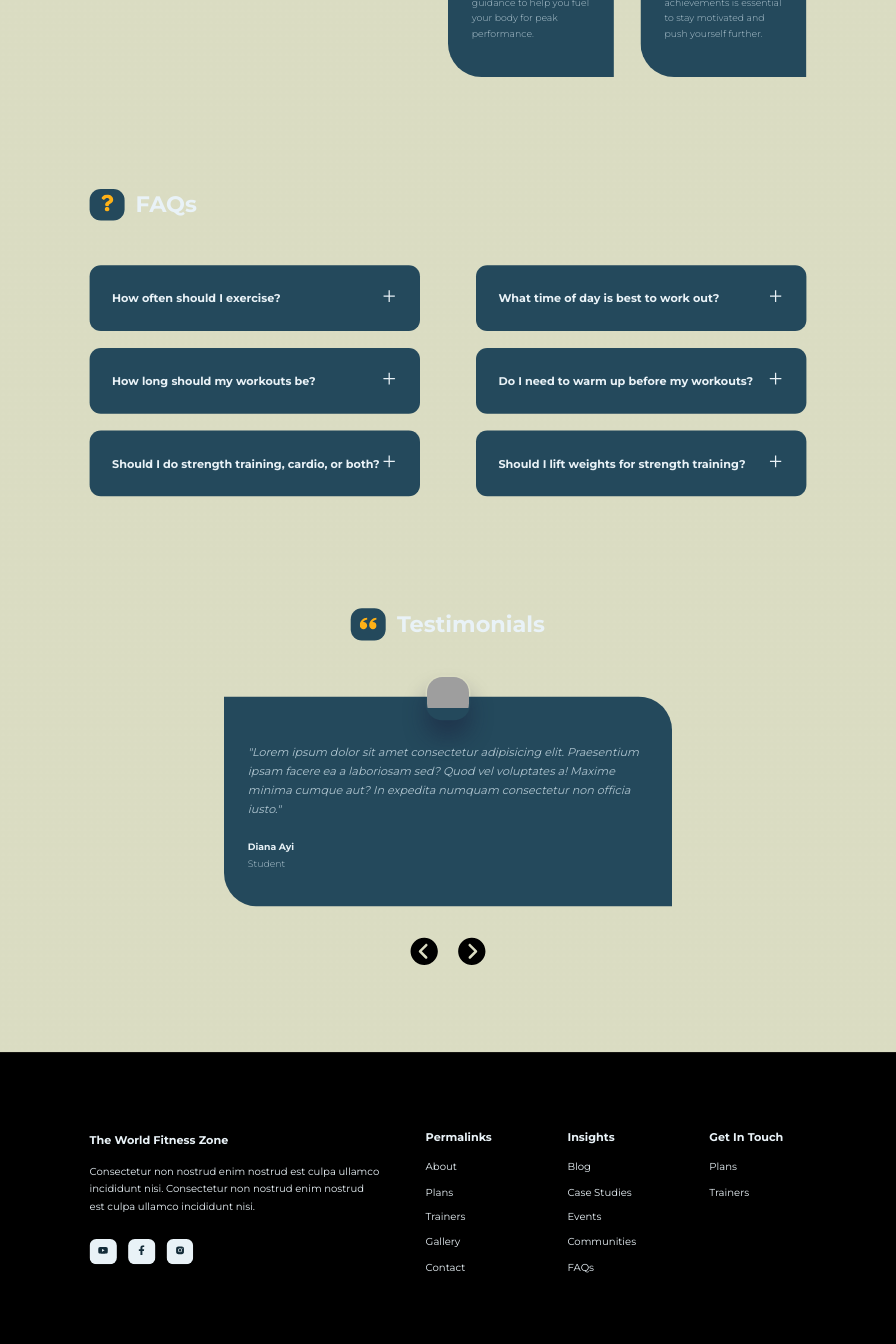
Repository: aryaMode/gym-portfolio
Page: /
An editor plug-in stored every save of this project. The page is shown before and after the next save, followed by the edit.
The browser window is 1280 px wide. The pictures show the part of the page from y = 2980 to 4900 px (the page is 4900 px tall before and 4218 px after), at 70% of full size.
Pictures or frames that could not be fetched are drawn as grey boxes. The project was rebuilt for these pictures with package versions that can differ from the ones it lists, and the page was loaded fresh each time. Also part of the build but not shown: src/pages/about/about.css, src/components/Header.jsx, src/pages/about/About.jsx, src/pages/contact/contact.css, src/pages/contact/Contact.jsx, src/pages/gallery/gallery.css, src/pages/gallery/Gallery.jsx, src/pages/notFound/notFound.css and 6 more.

Above is the page before, as saved 2023-07-20 18:05:58.

### public/index.html
<!DOCTYPE html>
<html lang="en">

<head>
    <meta charset="UTF-8">
    <meta http-equiv="X-UA-Compatible" content="IE=edge">
    <meta name="viewport" content="width=device-width, initial-scale=1.0">
    <title>Portfolio Website</title>
    <!-- GOOGLE FONTS (montserrat) -->
    <link href="https://fonts.googleapis.com/css2?family=Montserrat:wght@300;400;500;600;700&display=swap"
        rel="stylesheet">
</head>

<body>
    <div id="root"></div>
</body>

</html>

### src/App.jsx
// rafce -> shortcut to create component and export
import { BrowserRouter, Routes, Route } from "react-router-dom";
import React from "react";
import Home from "./pages/home/Home";
import About from "./pages/about/About";
import Contact from "./pages/contact/Contact";
import Gallery from "./pages/gallery/Gallery";
import NotFound from "./pages/notFound/NotFound";
import Plans from "./pages/plans/Plans";
import Trainers from "./pages/trainers/Trainers";
import Navbar from "./components/Navbar";
import Footer from "./components/Footer";

const App = () => {
	return (
		<BrowserRouter>
			<Navbar />
			<Routes>
				<Route index element={<Home />} />
				<Route path="about" element={<About />} />
				<Route path="contact" element={<Contact />} />
				<Route path="gallery" element={<Gallery />} />
				<Route path="plans" element={<Plans />} />
				<Route path="trainers" element={<Trainers />} />
				<Route path="*" element={<NotFound />} />
			</Routes>
			<Footer />
		</BrowserRouter>
	);
};

export default App;

### src/index.css
 *, *::before, *::after{
    margin: 0;
    padding: 0;
    border: 0;
    outline: 0;
    list-style: none;
    text-decoration: none;
    box-sizing: border-box;
 }

 /* CSS Global variable starts with :root {...} check w3school docs for more  info */
 :root{
    --primary-hue: 210;
    --gray-hue: 200;
    /* hsl (hue, saturation, lightness) */
    --color-primary: black;
    --color-primary-variant: hsl(var(--primary-hue), 100%, 65%);
    --color-secondary: #ffb116;
    --color-gray-100: hsl(var(--gray-hue), 47%, 94%); /*almost white colour lightness is almost 100%*/
    --color-gray-200: hsl(var(--gray-hue), 26%, 75%);
    --color-gray-300: hsl(var(--gray-hue), 24%, 64%);
    --color-gray-400: hsl(var(--gray-hue), 16%, 41%);
    --color-gray-500: hsl(var(--gray-hue), 44%, 25%);
    --color-gray-600: hsl(var(--gray-hue), 48%, 15%);

    --container-width-lg: 80%;
    --container-width-md: 90%;

    --transition: all 500ms ease; /* make sure all transition have a constant effect*/
 }

  /******************** GENERAL STYLES ********************/
  body{
    font-family: "Montserrat", sans-serif;
    color: var(--color-gray-200);
    line-height: 1.7;
    overflow-x: hidden;
    background: rgb(218, 220, 194) url(./images/bg_texture.png);
  }

  .container{
    width: var(--container-width-lg);
    max-width: 1920px;
    margin-inline: auto;
  }

  h1, h2, h3, h4, h5 {
    line-height: 1.2;
    color: var(--color-gray-100);
  }

  h1 {
    font-size: 3rem;
  }

  h2 {
    font-size: 2rem ;
  }

  a {
    color: var(--color-gray-100);
  }

  img{
    display: block;
    object-fit: cover;
    width: 100%;
}

.btn {
    color: var(--color-gray-100);
    width: fit-content;
    margin: 0 auto;
    padding: 0.9rem 2rem;
    background: var(--color-primary);
    border-radius: 1.5rem;
    transition: var(--transition);
}

.btn:hover {
    background: var(--color-secondary);
    color: var(--color-gray-600);
}

.btn.lg {
    padding: 1.2rem 3rem;
    border-radius: 2rem;
    font-size: 1.1rem;
}

.btn.sm {
    padding: 0.4rem 1.2rem;
    font-size: 0.9rem;
}

.btn.sm:hover {
    background: var(--color-gray-100);
}

/******************** SECTION REUSABLE STYLES ********************/
section {
    margin-top: 10rem;
}

.section__head {
    display: flex;
    align-items: center;
    gap: 1rem;
}

.section__head span {
    background: var(--color-gray-500);
    padding: 0.3rem 0.8rem 0;
    border-radius: 1rem;
    color: var(--color-secondary);
    font-size: 1.5rem;
}

.card {
    background: var(--color-gray-500);
    border: 2px solid transparent;
    text-align: center;
    padding: 3rem 2rem;
    border-radius: 0 3rem 0 3rem;
    transition: var(--transition);
}

.card:hover {
    background: transparent;
    border-color: var(--color-gray-400);
    cursor: default;
}

.card span {
    width: 3rem;
    height: 3rem;
    background: var(--color-primary);
    color: var(--color-gray-100);
    font-size: 1.5rem;
    padding: 0.8rem;
    display: grid;
    place-items: center;
    margin-bottom: 1.5rem;
    margin-inline: auto;
    border-radius: 1rem;
    transition: var(--transition);
}

.card:hover span {
    background: var(--color-secondary);
    color: var(--color-gray-500)
}

.card small {
    margin-top: 1rem;
    display: block;
    font-weight: 300;
}

.header {
    margin-top: 5rem;
    height: 20rem;
    overflow: hidden;
    border-bottom: 2px solid var(--color-gray-400);
}

.header__container {
    width: 100%;
    height: 100%;
    position: relative;
    display: grid;
    place-items: center;
    background: #0000;
}

.header__container-lg {
    position: absolute;
    width: 100%;
}

.header__container-lg img {
    opacity: 0.5;
}

.header__content {
    position: relative;
    width: 44%;
    margin: 0 auto;
    text-align: center;
    color: var(--color-gray-100);
}

.header__content h2 {
    margin-bottom: 1rem;
}

.header__content p {
    color: rgba(255, 255, 255, 0.7, green, blue, alpha);
}






/******************** MEADIA QUERIES (medium screens) ********************/
@media screen and (max-width: 1024px) {
    .container {
        width: var(--container-width-md);
    }

    h1 {
        font-size: 2rem;
    }

    h2 {
        font-size: 1.6rem;
    }

    .header__content {
        width: 76%;
    }
}

/******************** MEADIA QUERIES (small screens) ********************/
@media screen and (max-width: 600px) {
    h1 {
        font-size: 2.2rem;
        line-height: 1.3;
    }

    section {
        margin-top: 7rem;
    }

    .header {
        height: fit-content;
    }

    .header__content {
        width: var(--container-width-md);
        padding: 3rem 0;
    }

    .header__content p {
        font-size: 0.85rem;
    }
}

### src/pages/home/Home.jsx
import React from "react";
import "./home.css";
import MainHeader from "../../components/MainHeader";
import Program from "../../components/Program";
import Values from "../../components/Values";
import FAQs from "../../components/FAQs";
import Testimonial from "../../components/Testimonial";
// import Footer from "../../components/Footer";

const Home = () => {
	return (
		<>
			<MainHeader />
			<Program />
			<Values />
			<FAQs />
			<Testimonial />
			{/* <Footer /> comment this out so footer wount be double */}
		</>
	);
};

export default Home;

### src/components/Navbar.jsx
import { useState } from "react";
import {logoName} from "../data";
import { Link, NavLink } from "react-router-dom";
// NavLink comes with an isactive prop which we can use to detect which page we on
// so we can have a special style for that link
import React from "react";
import Logo from "../images/logo.png";
import { links } from "../data";
import { GoThreeBars } from "react-icons/go";
import { MdOutlineClose } from "react-icons/md";
import "./navbar.css";

const Navbar = () => {
	const [isNavShowing, setIsNavShowing] = useState(false);

	const handleNavToggle = () => {
		return setIsNavShowing((prevVAlue) => {
			return !prevVAlue;
		});
	};

	return (
		<nav>
			<div className="container nav__container">
				<Link to="/" className="logo" onClick={handleNavToggle}>
					{/* <img src={Logo} alt="Nav-logo" /> */}
					<div>{logoName}</div>
				</Link>
				<ul
					className={`nav__links ${isNavShowing ? "show__nav" : "hide__nav"}`}
				>
					{/* Destructure the links array of object from the links to get each item */}
					{links.map(({ name, path }, index) => {
						return (
							<li key={index}>
								<NavLink
									to={path}
									className={({ isActive }) => (isActive ? "active-nav" : "")}
									onClick={handleNavToggle}
								>
									{name}
								</NavLink>
							</li>
						);
					})}
				</ul>
				<button onClick={handleNavToggle} className="nav__toggle-btn">
					{isNavShowing ? <MdOutlineClose /> : <GoThreeBars />}
				</button>
			</div>
		</nav>
	);
};

export default Navbar;

// export PATH=$PATH:/home/daveworld/bin

### src/components/Footer.jsx
import React from "react";
import { Link } from "react-router-dom";
import {logoName} from "../data";
import Logo from "../images/logo.png";
import { FaYoutube } from "react-icons/fa";
import { FaFacebookF } from "react-icons/fa";
import { AiOutlineTwitter } from "react-icons/ai";
import { AiFillInstagram } from "react-icons/ai";

const Footer = () => {
	return (
		<footer>
			<div className="container footer__container">
				<article>
					<Link to="/" className="logo">
						{/* <img src={Logo} alt="Footer Logo" /> */}
					{logoName}
					</Link>
					<p>
						Consectetur non nostrud enim nostrud est culpa ullamco incididunt
						nisi. Consectetur non nostrud enim nostrud est culpa ullamco
						incididunt nisi.
					</p>
					<div className="footer__socials">
						<a
							href="https://youtube.com/@Thesandeep325"
							target="_blank"
							rel="noreferrer noopener"
						>
							<FaYoutube />
						</a>
						<a
							href="https://www.facebook.com/profile.php?id=100000823973714&mibextid=LQQJ4d"
							target="_blank"
							rel="noreferrer noopener"
						>
							<FaFacebookF />
						</a>

						<a
							href="https://instagram.com/the_world_fitness_zone_?igshid=MzRlODBiNWFlZA=="
							target="_blank"
							rel="noreferrer noopener"
						>
							<AiFillInstagram />
						</a>
					</div>
				</article>
				<article>
					<h4>Permalinks</h4>
					<Link to="/about">About</Link>
					<Link to="/plans">Plans</Link>
					<Link to="/trainers">Trainers</Link>
					<Link to="/gallery">Gallery</Link>
					<Link to="/contact">Contact</Link>
				</article>
				<article>
					<h4>Insights</h4>
					<Link to="/s">Blog</Link>
					<Link to="/s">Case Studies</Link>
					<Link to="/s">Events</Link>
					<Link to="/s">Communities</Link>
					<Link to="/constact">FAQs</Link>
				</article>
				<article>
					<h4>Get In Touch</h4>
					<Link to="/contact">Plans</Link>
					<Link to="/s">Trainers</Link>
				</article>
			</div>
			<br />
			<br />
			<br />
			<br />
		</footer>
	);
};

export default Footer;

### src/components/MainHeader.jsx
import React from "react";
import { Link } from "react-router-dom";
import Image from "../images/main_header.png";

const MainHeader = () => {
	return (
		<header className="main__header">
			<div className="container main__header-container">
				<div className="main__header-left">
					<h4>Welcome to The World Fitness Zone, Karnal!</h4>
					<h1>Unleash Your Potential with The World Fitness Zone

</h1>
					<p>
					Are you ready to take your fitness journey to the next level? Look no further than The World Fitness Zone - Karnal's premier fitness destination. We are not just a gym; we are a community of fitness enthusiasts who believe in the power of transformation and the pursuit of a healthier, fitter lifestyle.
					</p>
					<Link to="/contact" className="btn lg">
						Get Started
					</Link>
				</div>
				<div className="main__header-right">
					<div className="main__header-circle"></div>
					<div className="main__header-image">
						<img src={Image} alt="MainHeaderImage" />
					</div>
				</div>
			</div>
		</header>
	);
};

export default MainHeader;

### src/components/Program.jsx
import React from "react";
import { FaCrown } from "react-icons/fa";
import SectionHead from "./SectionHead";
import { programs } from "../data";
import Card from "../UI/Card";
import { Link } from "react-router-dom";
import { AiFillCaretRight } from "react-icons/ai";

const Program = () => {
	return (
		<section className="programs">
			<div className="container programs container">
				<SectionHead icon={<FaCrown />} title="Programs" />

				<div className="program__wrapper">
					{programs.map(({ id, icon, title, info, path }) => {
						return (
							<Card className="programs__program" key={id}>
								<span>{icon}</span>
								<h4>{title}</h4>
								<small>{info}</small>
								<Link to={path} className="btn sm">
									Contact Us <AiFillCaretRight />
								</Link>
							</Card>
						);
					})}
				</div>
			</div>
		</section>
	);
};

export default Program;

### src/components/Values.jsx
import React from "react";
import Image from "../images/values.jpg";
import SectionHead from "./SectionHead";
import { GiCutDiamond } from "react-icons/gi";
import { values } from "../data";
import Card from "../UI/Card";

const Values = () => {
	return (
		<section className="values">
			<div className="container values__container">
				<div className="values__left">
					<div className="values__image">
						<img src={Image} alt="values Image" />
					</div>
				</div>
				<div className="values__right">
					<SectionHead icon={<GiCutDiamond />} title="Values" />
					<p>
					We believe in empowering individuals to take charge of their fitness journey, unlocking their full potential, and transforming their lives through dedication and perseverance.
					</p>
					<div className="values__wrapper">
						{values.map(({ id, icon, title, desc }) => {
							return (
								<Card className="values__value" key={id}>
									<span>{icon}</span>
									<h4>{title}</h4>
									<small>{desc}</small>
								</Card>
							);
						})}
					</div>
				</div>
			</div>
		</section>
	);
};

export default Values;

### src/components/FAQs.jsx
import React from "react";
import { FaQuestion } from "react-icons/fa";
import { faqs } from "../data";
import FAQ from "./FAQ";
import SectionHead from "./SectionHead";
const FAQs = () => {
	return (
		<section className="faqs">
			<div className="container faqs__container">
				<SectionHead icon={<FaQuestion />} title="FAQs" />
				<div className="faqs__wrapper">
					{faqs.map(({ id, question, answer }) => {
						return <FAQ key={id} question={question} answer={answer} />;
					})}
				</div>
			</div>
		</section>
	);
};

export default FAQs;

### src/components/Testimonial.jsx
import React, { useState } from "react";
import SectionHead from "./SectionHead";
import { ImQuotesLeft } from "react-icons/im";
import Card from "../UI/Card";
import {
	IoIosArrowDropleftCircle,
	IoIosArrowDroprightCircle,
} from "react-icons/io";
import { testimonials } from "../data";

const Testimonial = () => {
	const [index, setIndex] = useState(0);
	const { name, quote, job, avatar } = testimonials[index];

	const handlePreviousTestimonial = () => {
		setIndex((prevValue) => {
			return prevValue - 1;
		});
		if (index <= 0) {
			setIndex(testimonials.length - 1);
		}
	};
	const handleAfterTestimonial = () => {
		setIndex((prevValue) => {
			return prevValue + 1;
		});
		if (index >= testimonials.length - 1) {
			setIndex(0);
		}
	};

	return (
		<section className="testimonials">
			<div className="container testimonial__container">
				<SectionHead
					icon={<ImQuotesLeft />}
					title="Testimonials"
					className="testimonials__head"
				/>
				<Card className="testimonial">
					<div className="testimonial__avatar">
						<img src="https://lh3.googleusercontent.com/a-/AD_cMMRPVS1Nt5x3tYa7Uw85zYXNkXppoY2rwZElyNpjOOF1Nw=w120-h120-p-rp-mo-br100" alt={name} />
					</div>
					<p className="testimonial__quote">{`"${quote}"`}</p>
					<h5>{name}</h5>
					<small className="testimonial__title">{job}</small>
				</Card>
				<div className="testimonial__btn-container">
					<button
						className="testimonials__btn"
						onClick={handlePreviousTestimonial}
					>
						<IoIosArrowDropleftCircle />
					</button>
					<button
						className="testimonials__btn"
						onClick={handleAfterTestimonial}
					>
						<IoIosArrowDroprightCircle />
					</button>
				</div>
			</div>
		</section>
	);
};

export default Testimonial;

### src/UI/Card.jsx
import React from "react";

const Card = ({ className, children }) => {
	return <article className={`card ${className}`}>{children}</article>;
};

export default Card;

### src/components/navbar.css
nav{
    height: 5rem;
    width: 100vw; /*100% of the window/browser*/
    background: var(--color-primary);
    display: grid;
    place-items: center;
    position: fixed; /*commnt this to see hiden layers*/
    top: 0;
    left: 0;
    z-index: 99; /* makes sure it sit on all items*/
}

/* Only show on medium and small screens */
.nav__toggle-btn {
    display: none;
}

.nav__container {
    height: 100%;

    display: flex;
    justify-content: space-between;
    align-items: center;
    position: relative;
}

.logo{
    width: 50vw;
    font-size: 1rem;
    font-weight: bold;
    margin-right: 50px;
    display: flex;
}

.nav__links{
    display: flex;
    gap: 3.5rem;
    align-items: center;
}

.nav__links a {
    transition: var(--transition);
}

.nav__links a:hover {
    color: var(--color-secondary);
}

.active-nav {
    position: relative;
}

.active-nav::after{
    content: "";
    display: block;
    width: 1.2rem;
    height: 1.2rem;
    background-color: var(--color-primary);
    position: absolute;
    left: calc(50% - 0.6rem);
    transform: rotate(45deg);
    margin-top: 0.9rem;
}

 /******************** MEDIA QUERIES (mesium and small screens) ********************/
 @media screen and (max-width: 1024px) {
    .nav__toggle-btn {
        display: inline-block;
        background: transparent;
        font-size: 1.8rem;
        cursor: pointer;
    }

    .nav__toggle-btn svg{
        color: var(--color-gray-100);
    }

    .nav__links {
        position: absolute;
        top: 100%;
        right: 0;
        flex-direction: column;
        gap: 0;
        perspective: 400px;
    }

    .active-nav {
        display: none;
    }

    .active-nav, .active-nav::after{
        display: none;
    }

    .nav__links li {
        height: 4rem;
        width: 100%;
        box-shadow: -2rem 2rem 5rem rgba(0, 0, 0, 0.5);
        animation: navAnimation 600ms ease forwards;
        transform: rotateX(90deg);
        opacity: 0;
        transform-origin: top;
    }

    .nav__links li:nth-child(2) {
        animation-delay: 200ms;
    }
    .nav__links li:nth-child(3) {
        animation-delay: 400ms;
    }
    .nav__links li:nth-child(4) {
        animation-delay: 600ms;
    }
    .nav__links li:nth-child(5) {
        animation-delay: 800ms;
    }
    .nav__links li:nth-child(6) {
        animation-delay: 1s;
    }
    .nav__links li:nth-child(7) {
        animation-delay: 1.2s;
    }

    @keyframes navAnimation {
        to {
            transform: rotateX(0);
            opacity: 1;
        }
    }

    .nav__links li a {
        background-color: var(--color-primary);
        height: 100%;
        width: 100%;
        display: flex;
        align-items: center;
        padding: 1rem 5rem 1rem 3rem;
    }

    .show__nav {
        display: flex;
    }

    .hide__nav {
        display: none;
    }

 }

### src/components/SectionHead.jsx
import React from "react";

// A reuseable component for each section name
const SectionHead = ({ icon, title, className }) => {
	return (
		<div className={`section__head ${className}`}>
			<span>{icon}</span>
			<h2>{title}</h2>
		</div>
	);
};

export default SectionHead;

### src/components/FAQ.jsx
import React, { useState } from "react";
import { AiOutlinePlus } from "react-icons/ai";
import { AiOutlineMinus } from "react-icons/ai";

const FAQ = ({ question, answer }) => {
	const [isAnswerShowing, setIsAnswerShowing] = useState(false);

	const handleFAQ = () => {
		return setIsAnswerShowing((prevValue) => {
			return !prevValue;
		});
	};

	return (
		<article className="faq" onClick={handleFAQ}>
			<div>
				<h4>{question}</h4>
				<button className="faq__icon">
					{isAnswerShowing ? <AiOutlineMinus /> : <AiOutlinePlus />}
				</button>
			</div>
			{isAnswerShowing && <p>{answer}</p>}
		</article>
	);
};

export default FAQ;

Loaded but not shown: src/index.js (common file); src/data.js (331 lines, source omitted); src/pages/home/home.css (412 lines, source omitted)

After the next save:
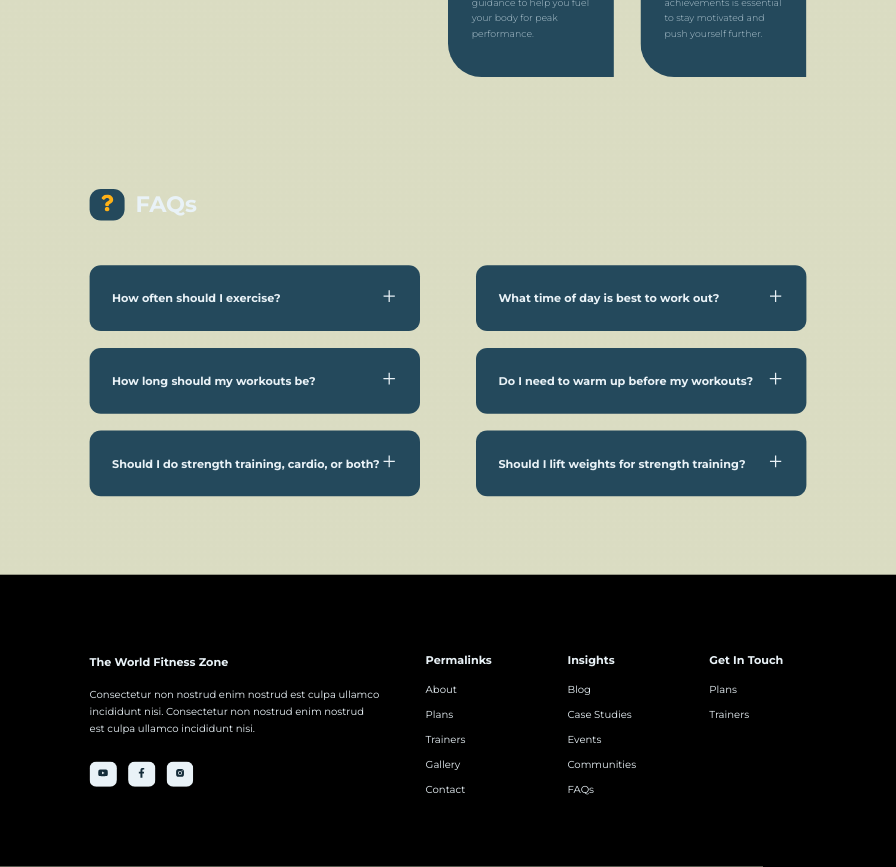
Saved 2 min 12 s later.
--- a/src/pages/home/Home.jsx
+++ b/src/pages/home/Home.jsx
@@ -14,7 +14,7 @@ const Home = () => {
 			<Program />
 			<Values />
 			<FAQs />
-			<Testimonial />
+			{/* <Testimonial /> */}
 			{/* <Footer /> comment this out so footer wount be double */}
 		</>
 	);
